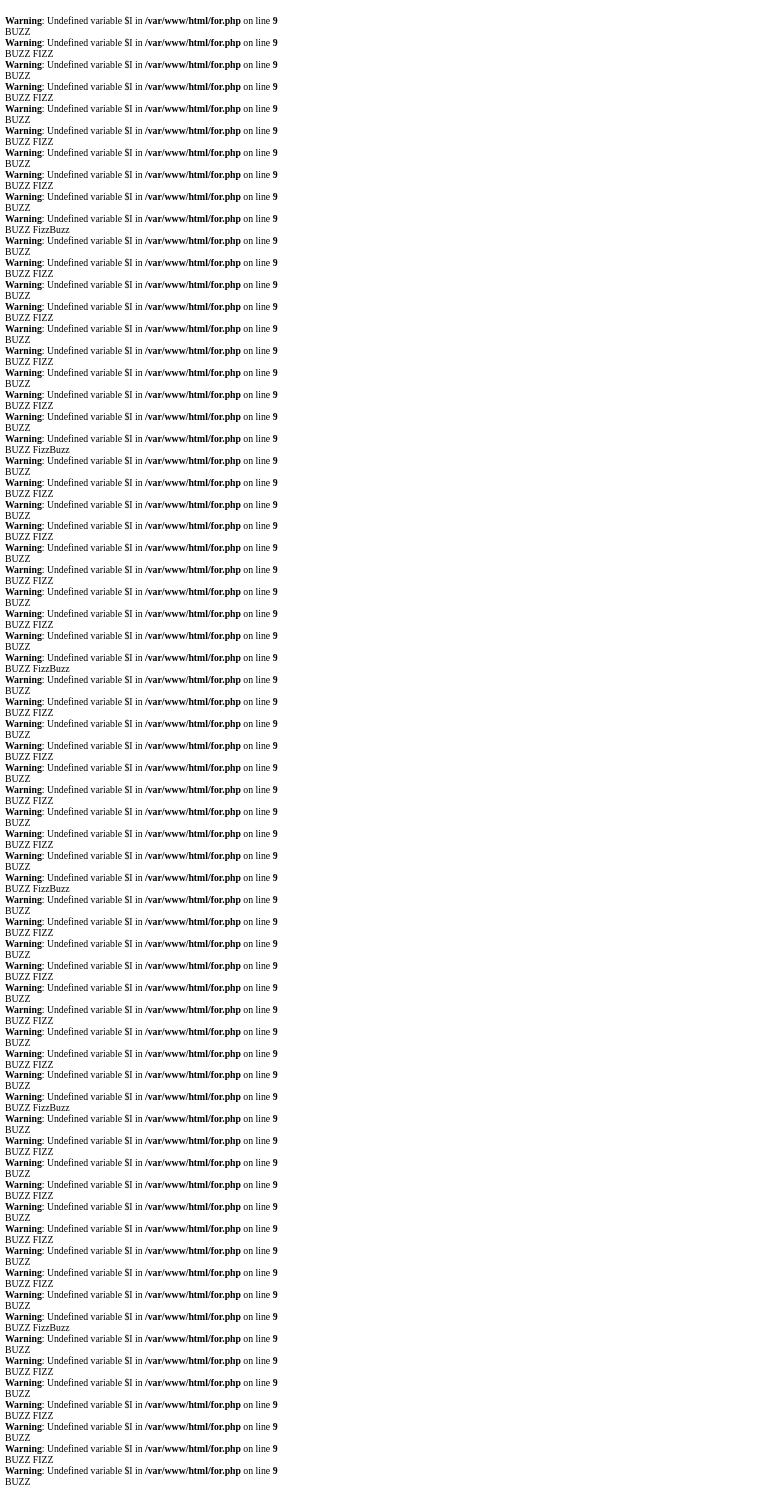
Repository: mipiip/secondrepo
Page: http://localhost/for.php
The author's editor kept a record of every edit. The page is drawn from the files as they stood at one moment, then again after the next edit.
The browser window is 1280 px wide. The pictures show the whole page, at 61% of full size.
The page is run by PHP 8.4 with error messages shown; the project is at /var/www/html/.

Above is the page before.

After the next edit:
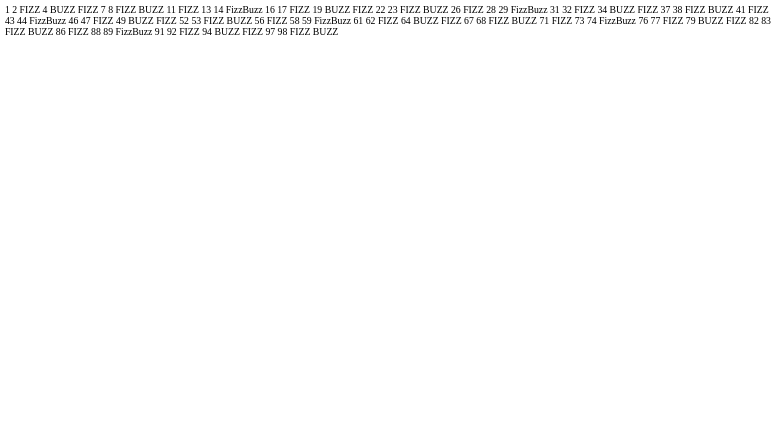
The edit:
--- a/for.php
+++ b/for.php
@@ -6,7 +6,7 @@
       echo "FizzBuzz";
     } elseif($i % 3 === 0) {
        echo "FIZZ";
-    } elseif($I % 5 === 0) {
+    } elseif($i % 5 === 0) {
         echo "BUZZ";
     } else{
        echo $i;
